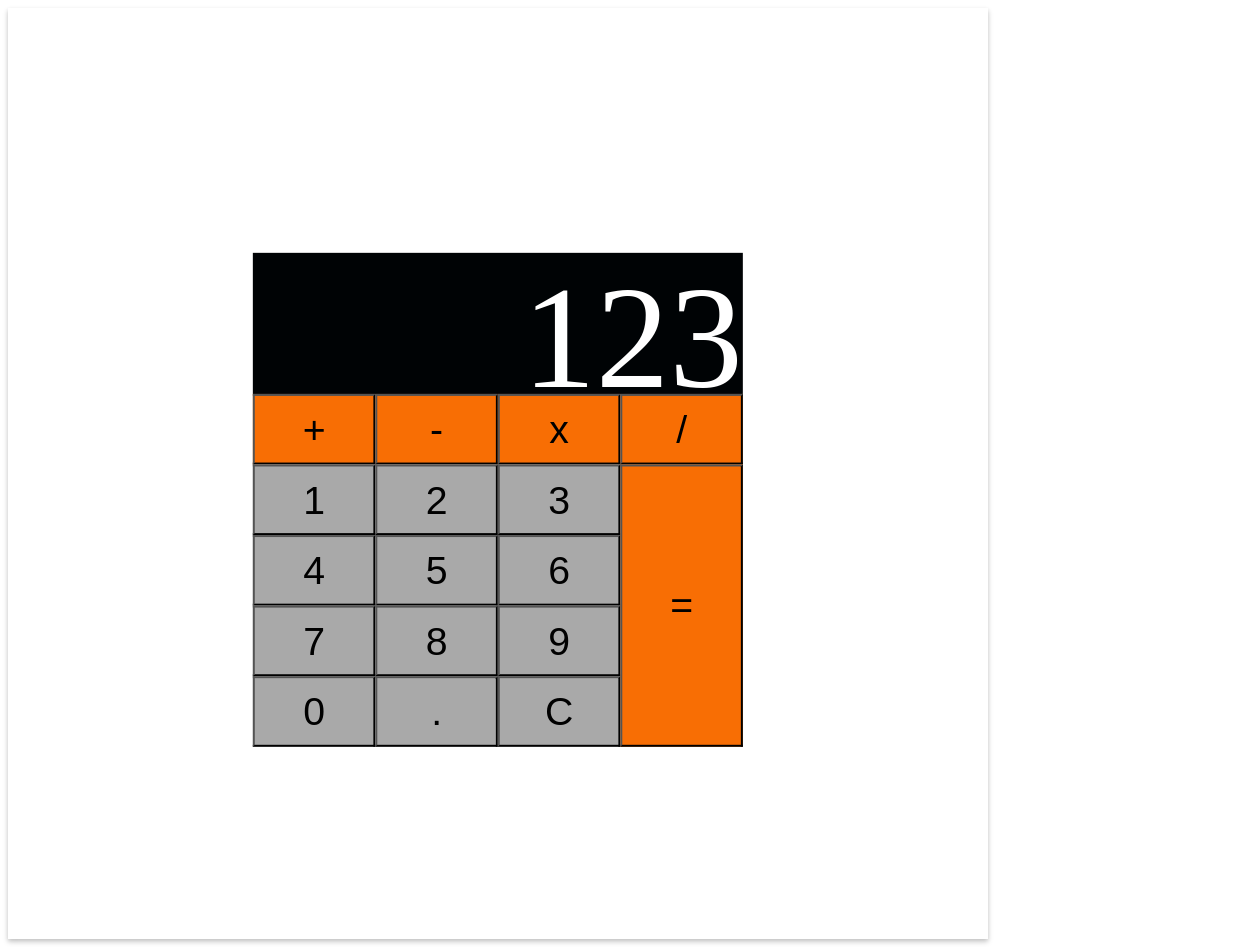
Repository: TEazy2433/LAB-calculator
Page: index.html
An editor plug-in stored every save of this project. The page is shown before and after the next save, followed by the edit.
The browser window is 1280 px wide. The pictures show the whole page, at 98% of full size.

Above is the page before, as saved 2023-10-14 11:53:26.

### index.html
<!DOCTYPE html>
<html lang="en">
<head>
  <meta charset="UTF-8">
  <meta name="viewport" content="width=device-width, initial-scale=1.0">
  <title>calculator</title>
  <link rel="stylesheet" href="main.css">


</head>
<body>
  <div class="calculator">
    <div class="display">123</div>
    <div class="calculator_keys">
      <button class="calculator_key key--operator">+</button>
      <button class="calculator_key key--operator">-</button>
      <button class="calculator_key key--operator">x</button>
      <button class="calculator_key key--operator">/</button>
      <button class="calculator_key">1</button>
      <button class="calculator_key">2</button>
      <button class="calculator_key">3</button>
      <button class="calculator_key">4</button>
      <button class="calculator_key">5</button>
      <button class="calculator_key">6</button>
      <button class="calculator_key">7</button>
      <button class="calculator_key">8</button>
      <button class="calculator_key">9</button>
      <button class="calculator_key">0</button>
      <button class="calculator_key">.</button>
      <button class="calculator_key">C</button>
      <button class="calculator_key key--enter">=</button>
    </div>
  </div>

</body>
</html>

### main.css
.calculator{
  overflow: hidden;
  box-shadow: 0px 3px 6px 0px rgba(0, 0, 0, 0.15), 0px 2px 4px 0px rgba(0, 0, 0, 0.12);
  width: 500px;
  display: flex;
  flex-wrap: wrap;
  border-color: black ;
  padding: 250px;
  height: 450px;
}
.display{
  font-size: 150px;
  text-align: end;
  background: hsl(210, 100%, 1%);
  color: hsl(255, 100%, 100%);
  width: 100%;
  height: 20vh;
  border-color: black;
  pointer-events: none;
}

.calculator_keys{
  display: grid;
  grid-template-columns: repeat(4,1fr);
  width: 500vh;
  height: 50vh;
  border-color: black;
}
.calculator_key{
  font-size: 40px;
  background: darkgrey;
  border-color: black
}
.key--operator{
  background: rgb(248, 110, 4);
}
.key--enter{
  grid-column: 4 / 5;
  grid-row: 2/ span 4;
  background-color: rgb(248, 110, 4);
}

After the next save:
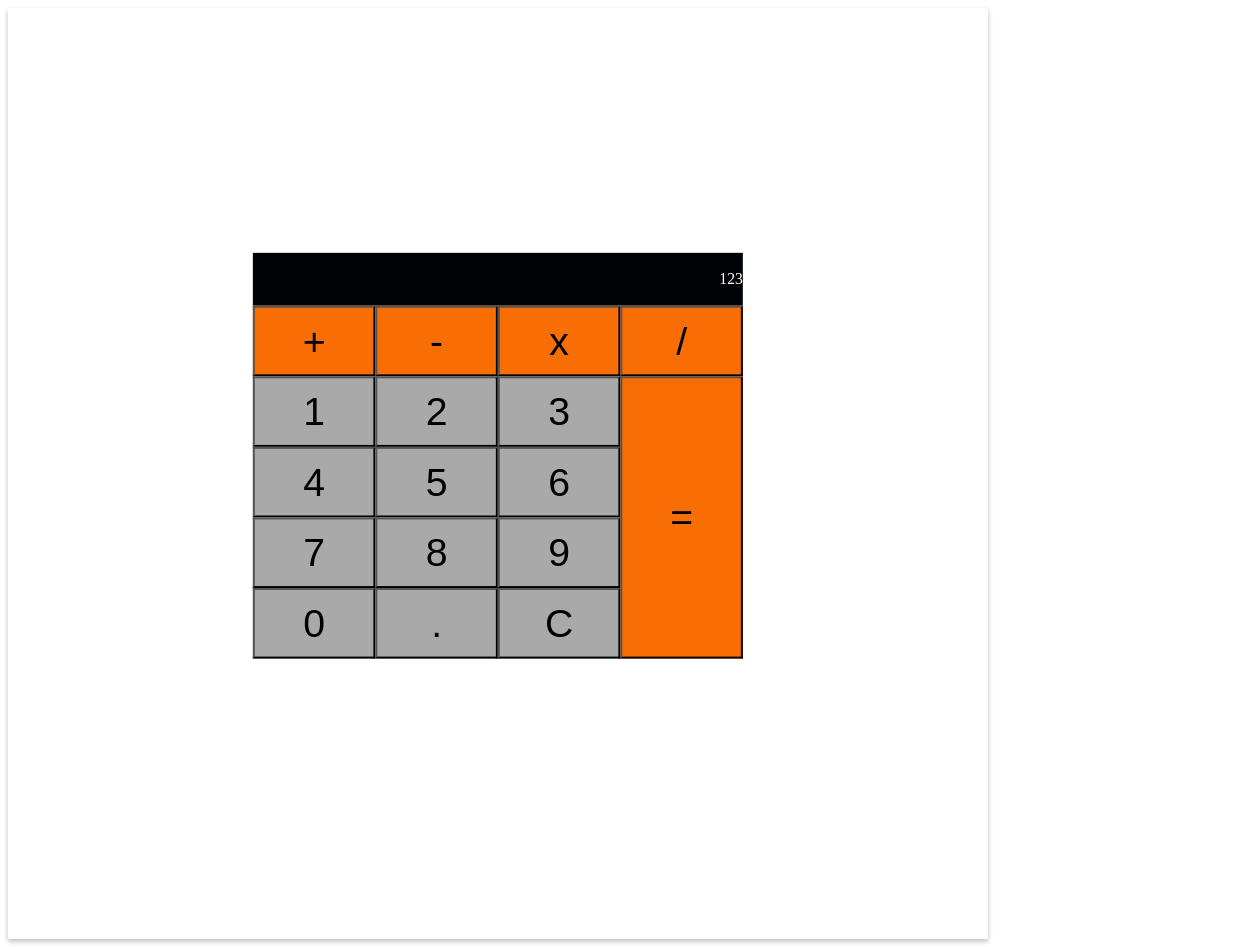
Saved 8 min 39 s later.
--- a/main.css
+++ b/main.css
@@ -9,12 +9,12 @@
   height: 450px;
 }
 .display{
-  font-size: 150px;
-  text-align: end;
+  display: grid;
+  align-items: center;
+  justify-content: end;
   background: hsl(210, 100%, 1%);
   color: hsl(255, 100%, 100%);
   width: 100%;
-  height: 20vh;
   border-color: black;
   pointer-events: none;
 }
